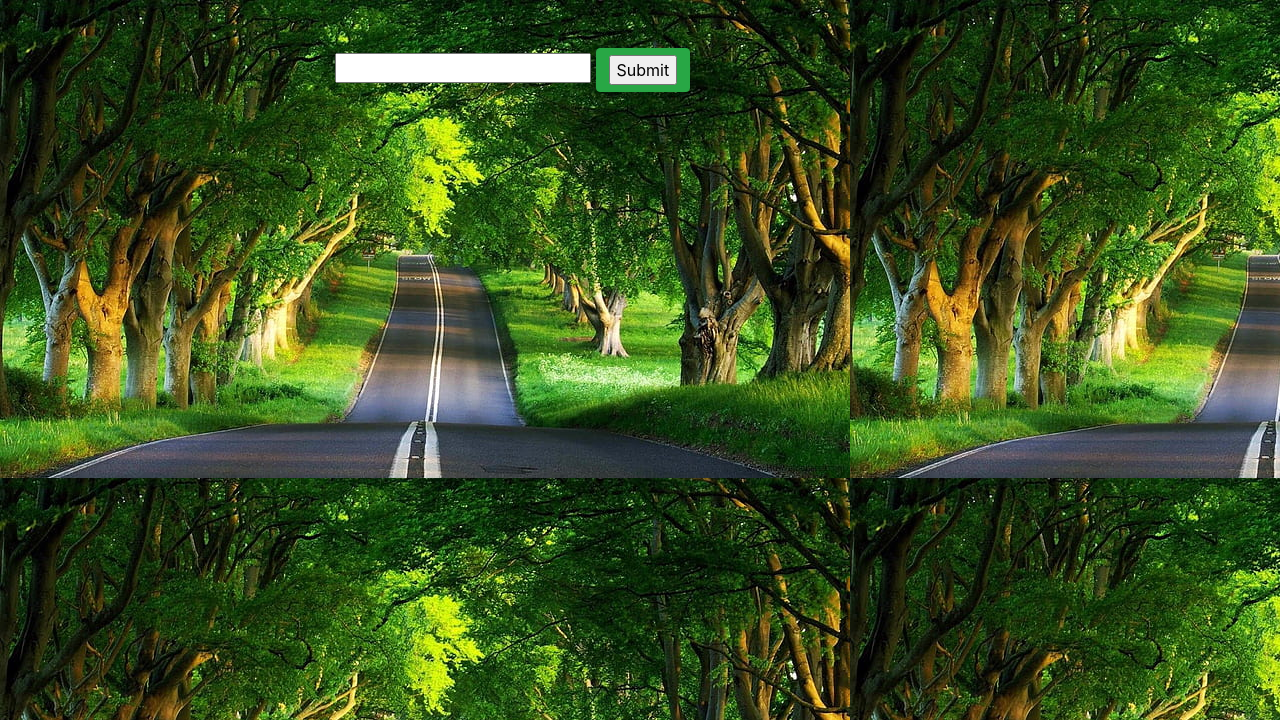
Repository: prashantkumarbind/Hospital-Weather-Concept
Page: http://localhost/weather-app/
These files come from the project's save history. The page is drawn as it stood at one moment and after the next save; the edit follows.
The browser window is 1280 px wide. The pictures show the whole page.
The page is served by Tomcat 9. Other server files are loaded and not shown.

Above is the page before, as saved 2024-01-19 07:08:02.

### weather-app/src/main/webapp/index.jsp
<%@ page language="java" contentType="text/html; charset=ISO-8859-1"
    pageEncoding="ISO-8859-1"%>
<!DOCTYPE html>
<html>
<head>
<meta charset="ISO-8859-1">
<meta charset="utf-8">
<meta name="viewport" content="width=device-width, initial-scale=1, shrink-to-fit=no">
<link rel="stylesheet" href="https://cdn.jsdelivr.net/npm/bootstrap@4.6.2/dist/css/bootstrap.min.css">
<title>weather app</title>
<style>
	body{
		 background-image: url("img/we3.jpg");
	}
</style>
</head>
<body>

		<section class="form-top-header header-top mt-5">
			<div class="container-fluid">
				<div class="row justify-content-center">
					<div class="col-6 form controller">
						<form action="FormDataController" method="Post">
							 <div class="form-design">
							 	<input type="text" name="city_name" class="">
							 	<button class="btn btn-success"><input type="submit"></button>
							 </div>
						</form>
					</div>
				</div>
			</div>
		</section>

 <!-- <script src="https://cdn.jsdelivr.net/npm/jquery@3.5.1/dist/jquery.slim.min.js"></script>
 <script src="https://cdn.jsdelivr.net/npm/bootstrap@4.6.2/dist/js/bootstrap.bundle.min.js"></script>
 -->
</body>
</html>

After the next save:
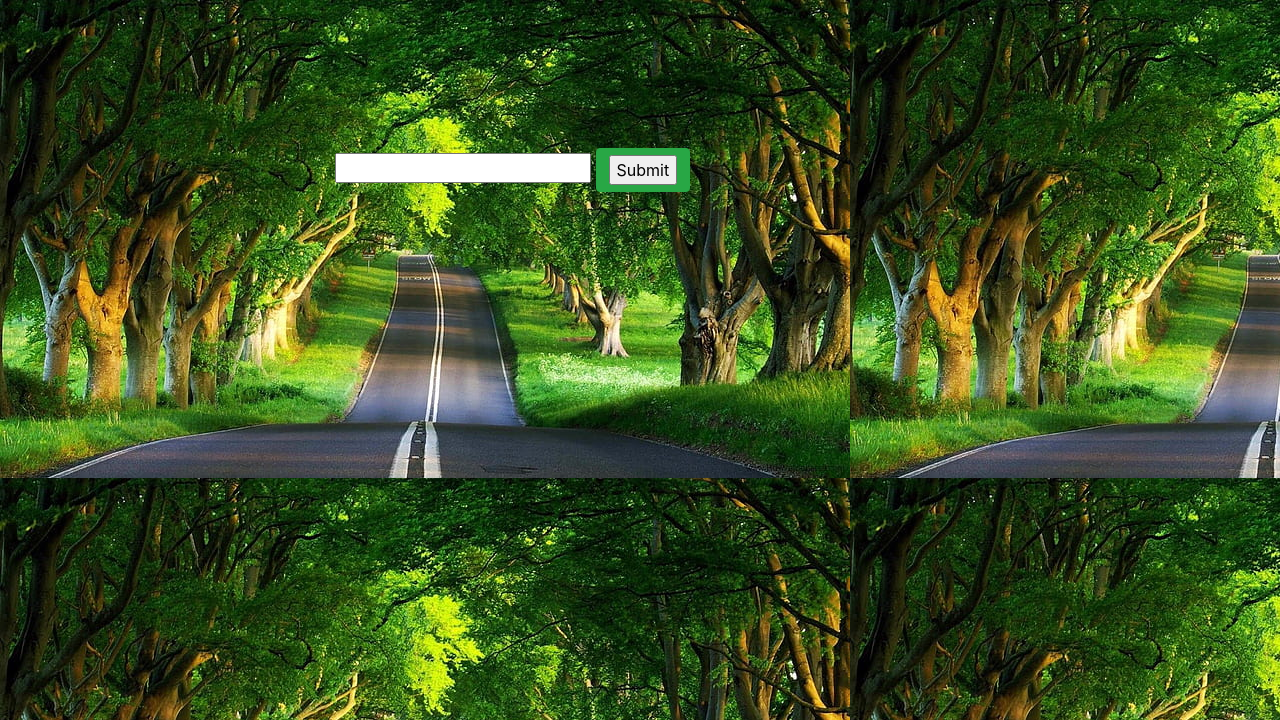
Saved 101 s later.
--- a/weather-app/src/main/webapp/index.jsp
+++ b/weather-app/src/main/webapp/index.jsp
@@ -11,6 +11,9 @@
 <style>
 	body{
 		 background-image: url("img/we3.jpg");
+	}
+	.controller{
+		margin-top:100px;
 	}
 </style>
 </head>
